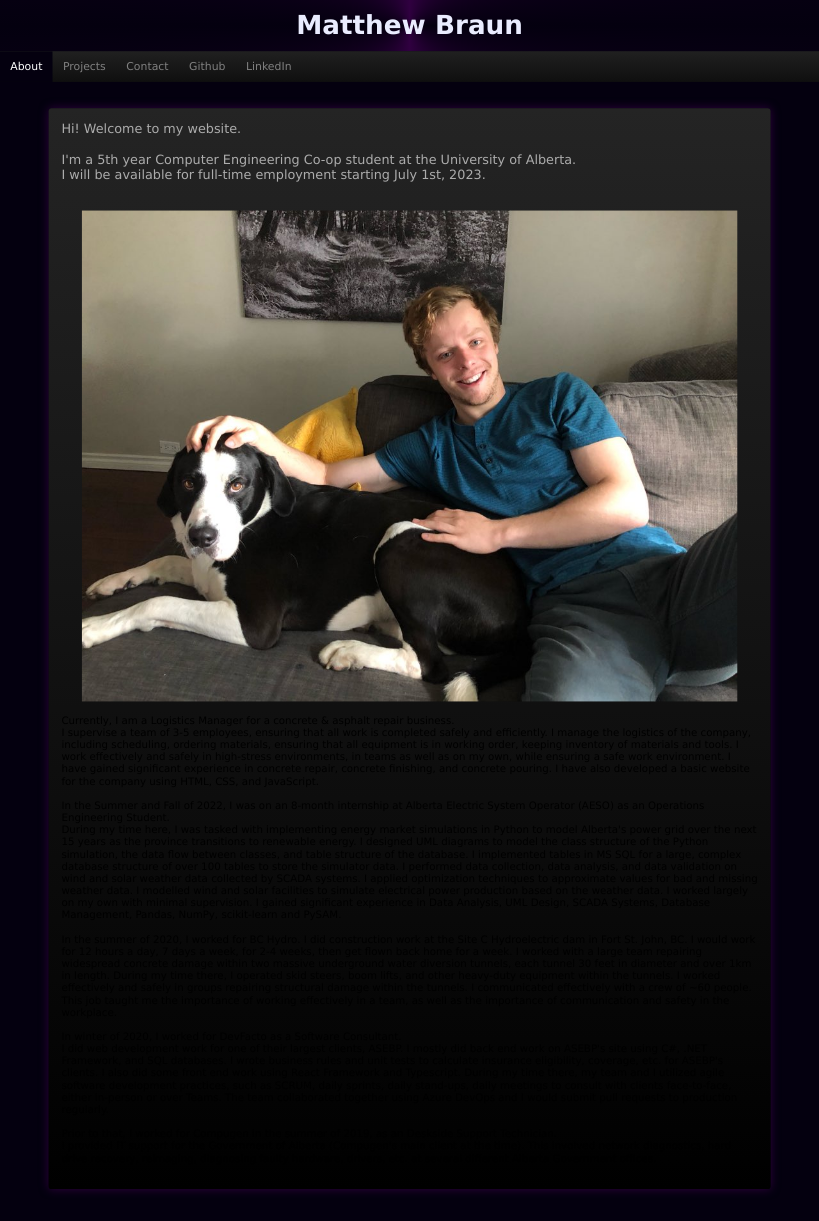
Repository: mjbraun95/MyPersonalWebsite
Page: http://localhost/
An editor plug-in stored every save of this project. The page is shown before and after the next save, followed by the edit.
The browser window is 1280 px wide. The pictures show the whole page, at 64% of full size.
The page is run by PHP 8.4 with error messages shown; the project is at /var/www/html/.

Above is the page before, as saved 2023-06-26 13:39:37.

### html/index.php
<?php $title = 'About'; ?>
<?php $currentPage = 'About'; ?>

<?php include('head.php'); ?>
<div class="nav-wrapper">
    <?php include('navbar.php'); ?>
</div>
<meta name="viewport" content="width=device-width, initial-scale=1.0">

<style>
    .responsive {
        max-width: 100%;
        height: auto;
        object-fit: scale-down;
        margin: auto;
    }
</style>

<div class="content">
    <p class="fullBox">
        Hi! Welcome to my website. <br><br>

        I'm a 5th year Computer Engineering Co-op student at the University of Alberta. <br>
        I will be available for full-time employment starting July 1st, 2023. <br><br>

    </p>
    <div class="fullBox">
        <img src="images/Doggo.png" class="responsive">
    </div>
        Currently, I am a Logistics Manager for a concrete & asphalt repair business. <br>
        I supervise a team of 3-5 employees, ensuring that all work is completed safely and efficiently. I manage the logistics of the company, including scheduling, ordering materials, ensuring that all equipment is in working order, keeping inventory of materials and tools. I work effectively and safely in high-stress environments, in teams as well as on my own, while ensuring a safe work environment. I have gained significant experience in concrete repair, concrete finishing, and concrete pouring. I have also developed a basic website for the company using HTML, CSS, and JavaScript. <br><br>

        In the Summer and Fall of 2022, I was on an 8-month internship at Alberta Electric System Operator (AESO) as an Operations Engineering Student. <br>
        During my time here, I was tasked with implementing energy market simulations in Python to model Alberta's power grid over the next 15 years as the province transitions to renewable energy. I designed UML diagrams to model the class structure of the Python simulation, the data flow between classes, and table structure of the database. I implemented tables in MS SQL for a large, complex database structure of over 100 tables to store the simulator data. I performed data collection, data analysis, and data validation on wind and solar weather data collected by SCADA systems. I applied optimization techniques to approximate values for bad and missing weather data. I modelled wind and solar facilities to simulate electrical power production based on the weather data. I worked largely on my own with minimal supervision. I gained significant experience in Data Analysis, UML Design, SCADA Systems, Database Management, Pandas, NumPy, scikit-learn and PySAM. <br><br>

        <!-- Last summer, I worked as a developer for a concrete & asphalt repair business. <br>
        I developed and hosted a website for the company as well as created SQL databases to manage their assets, clients, and contracts. I also wrote some Python programs to parse this data and found ways to save costs and increase the company's profits. <br><br> -->

        In the summer of 2020, I worked for BC Hydro. I did construction work at the Site C Hydroelectric dam in Fort St. John, BC. I would work for 12 hours a day, 7 days a week, for 2-4 weeks, then get flown back home for a week. I worked with a large team repairing widespread concrete damage within two massive underground water diversion tunnels, each tunnel 30 feet in diameter and over 1km in length. During my time there, I operated skid steers, boom lifts, and other heavy-duty equipment within the tunnels. I worked effectively and safely in groups repairing structural damage within the tunnels. I communicated effectively with a crew of ~60 people. This job taught me the importance of working effectively in a team, as well as the importance of communication and safety in the workplace. <br><br>

        In winter of 2020, I worked for DevFacto as a Software Consultant.<br>
        I did web development work for one of their largest clients, ASEBP. I mostly did back end work on ASEBP's site using C#, .NET Framework, and SQL databases. I wrote business rules and unit tests to calculate insurance eligibility, coverage, etc. for ASEBP's clients. I also did some front end work using React Framework and Typescript. During my time there, my team and I utilized agile software development practices, such as SCRUM, daily sprints, daily stand-ups, daily meetings to consult with clients face-to-face, either in-person or over Teams. The team collaborated together using Azure DevOps and I would submit pull requests to production regularly. <br><br>

        Prior to that, I worked for Compugen in the summer of 2019, as an Deskside Support Technician. <br>
        I provided IT support for the Government of Alberta (Compugen's main client at the time). This involved network diagnostics, hard drive recovery, reimaging, diagnosing faulty hardware, drivers, etc. at several different Alberta Government offices. <br><br>
    </p>

</div>
</body>
</html>

### html/head.php
<!DOCTYPE html>
<html>
    <meta name="viewport" content="width=device-width, initial-scaled=1.0">
    <meta name="theme-color" content="#a01040">
    <head>
        <title><?php echo($title); ?></title>
        <link rel="stylesheet" href="index.css">
        <div class="header">
            <h1 class="header">Matthew Braun</h1>
        </div>
</header>

### html/navbar.php
<header>
    <div id="navbar">
        <a href="index.php" <?php if ($currentPage === 'About') {echo 'class="active"';} ?>>About</a></li>
        <a href="projects.php" <?php if ($currentPage === 'Projects') {echo 'class="active"';} ?>>Projects</a></li>
        <!-- <a href="pdfs/resume.pdf" target="_blank" <?php if ($currentPage === 'Resume') {echo 'class="active"';} ?>>Resume</a></li> -->
        <a href="contact.php" <?php if ($currentPage === 'Contact') {echo 'class="active"';} ?>>Contact</a></li>
        <a href="https://github.com/mjbraun95/" target="_blank" <?php if ($currentPage === 'Github') {echo 'class="active"';} ?>>Github</a></li>
        <a href="https://www.linkedin.com/in/matthewbraun4/" target="_blank" <?php if ($currentPage === 'LinkedIn') {echo 'class="active"';} ?>>LinkedIn</a></li>
    </div>
    <script src="navbar.js"></script>
</header>
<body>
    <!-- <div class="titlehead"><h2><?php echo($title); ?></h2></div> -->

### html/index.css
/* @media screen and (min-width: 1920px) {
    p {
        font-size: 20px;
    }
    a {
        font-size: 20px;
    }
} */
a {
    font-size: 20px;
}
/* navbar height 49px */
@media screen and (min-width: 574px) {
    div.nav-wrapper {
        height: 89px;
    }
}
@media screen and (min-width: 292px) and (max-width: 573px) {
    div.nav-wrapper {
        height: 138px;
    }
}
@media screen and (max-width: 291px) {
    div.nav-wrapper {
        height: 187px;
    }
}


body {
    margin: 0;
    font-family: Verdana,Geneva,sans-serif;
    vertical-align: center;
    background: rgb(4, 0, 15);
    padding-bottom: 50px;
}

.video-size
{
  width: 100%;
  height: 400px;
}

img {
    display: block;
    width: 60%;
    margin-left: auto;
    margin-right: auto;
}

.leftBox{
    margin-right: 20px;
    grid-column-start: 1;
    grid-column-end: 2;
    grid-row-start: 1;
    grid-row-end: 2;
}

.rightBox{
    grid-column-start: 2;
    grid-column-end: 3;
    grid-row-start: 1;
    grid-row-end: 2;
}

.vid{
    max-width: 100%;
    height: auto;
    object-fit: scale-down;
    /* object-fit: contain;
    margin: auto; */
}

.responsiveVid {
    max-width: 70%;
    height: auto;
    object-fit: scale-down;
}

.responsiveIcon {
    max-width: 1.5vw !important;
    height: auto !important;
    object-fit: scale-down;
    float: left;
    font-size: 36px;
    padding-right: 8px;
}

.header {
    color: rgb(234, 236, 255);
    text-align: center;
}

h1.header {
    margin:auto;
    font-size:41px;
}

h3.header{
    /*align-self:start;*/
    width:85%;
    height:auto;
    font-size: 35px;
    /* font-size: 2.5vw; */
    margin: auto;
    /* grid-row:auto; */
    align-content:center;
    text-align:center;
    padding-top: 80px;
    /* font-size: 50px; */
}

div.header{
    /* background:url(
        data:[embedded picture, 326 characters]
    ) repeat; */
    padding: 15px;
    height: 50px;
    background-image: conic-gradient(#300040,rgb(4, 0, 15),#300040,rgb(4, 0, 15),#300040);
 }


/* navbar links */
#navbar {
    overflow: hidden;
    background-image: linear-gradient(rgb(32, 32, 32),rgb(15, 15, 15));
}

#navbar a {
    float: left;
    display: block;
    color: grey;
    text-align: center;
    padding: 14px 16px;
    text-decoration: none;
    font-size: 17px;

    -o-transition: .5s;
    -ms-transition: .5s;
    -moz-transition: .5s;
    -webkit-transition: .5s;

    transition: .5s;
}

#navbar a:hover {
    background-color: rgb(4, 0, 15);
    color: white;
}

#navbar a.active {
    background-color: rgb(4, 0, 15);
    color: white;
}

/* page content */
div.content {
    padding: 20px;
    width: 85%;
    /* background-color: rgb(44, 44, 44); */
    background-image: linear-gradient(rgb(36, 36, 36),rgb(0, 0, 0));
    align-content: center;
    margin: auto;
    border-radius: 5px;
    box-shadow: 0px 0px 15px #300040
}

div.content1 {
    max-width: 1000px;
    padding: 20px;
    /* font-size: 2vw; */
    width: 80%;
    background-image: linear-gradient(to left,rgb(36, 36, 36),rgb(0, 0, 0));
    border: 3px 3px 12px;
    align-content: center;
    margin: auto;
    border-radius: 5px;
    box-shadow: 2px 2px 10px #300040;
    display: grid;
    grid-template-columns: 60% 40%;
    grid-template-rows: 100%;
    height: auto;
}
div.content1a {
    max-width: 1000px;
    padding: 20px;
    /* font-size: 2vw; */
    width: 80%;
    background-image: linear-gradient(to left,rgb(36, 36, 36),rgb(0, 0, 0));
    border: 3px 3px 12px;
    align-content: center;
    margin: auto;
    border-radius: 5px;
    box-shadow: 2px 2px 10px #300040;
    display: grid;
    grid-template-columns: 75% 25%;
    grid-template-rows: 100%;
    height: auto;
}
div.content2 {
    max-width: 1000px;
    padding: 20px;
    /* font-size: 2vw; */
    width: 80%;
    background-image: linear-gradient(to right,rgb(36, 36, 36),rgb(0, 0, 0));
    border: 3px 3px 12px;
    align-content: center;
    margin: auto;
    border-radius: 5px;
    box-shadow: 2px 2px 10px #300040;
    display: grid;
    grid-template-columns: 40% 60%;
    grid-template-rows: 100%;
    height: auto;
}

/* @media screen and (min-width: 220px) {
    .content2 {
    font-size: 12px;
} */

.half {
    left: 0%;
}

.sticky {
    position: fixed;
    top: 0;
    width: 100%;
}

.sticky + .content + body {
    padding-top: 60px;
}

.titlehead {
    padding: 16px;
    margin: auto;
    width: 90%;
    max-width: 1000px;
}


p {
    color:  rgb(172, 172, 172);
    /* padding: 10px; */
    font-size: 20px;
    width: 95%;
    align-content: center;
    margin: auto;
}


.rotate {
    -ms-transform: rotate(90deg); /* IE 9 */
    -webkit-transform: rotate(90deg); /* Chrome, Safari, Opera */
    transform: rotate(90deg);
    margin-top: 88px;
}

/* Three image containers (use 25% for four, and 50% for two, etc) */
.column {
    float: left;
    width: 50%;
    padding: 5px;
}

  /* Clear floats after image containers */
.row::after {
    content: "";
    clear: both;
    display: table;
}

/* Split the screen in half */
.split {
    height: 100%;
    width: 100%;
    position: fixed;
    z-index: 1;
    top: 0;
    overflow-x: hidden;
    padding-top: 20px;
}

/* Control the left side */
.left {
    left: 0;
}

  /* Control the right side */
.right {
    right: 0;
}

  /* If you want the content centered horizontally and vertically */
.centered {
    position: relative;
    top: 50%;
    left: 50%;
    transform: translate(-50%, -50%);
    text-align: center;
}

.fullBox{
    padding-bottom: 20px;
    width:100%;
    height:auto;
    margin: 0 auto;
    /* grid-row:auto; */
    align-content:center;
    /* float:left; */
}

.responsive {
    max-width: 100%;
    height: auto;
    object-fit: scale-down;
    margin: auto;
    max-height: 100%;
    width: auto;
}

### html/navbar.js
// ### Sticky code ###

// Execute myFunction whenever page is scrolled
window.onscroll = function() {myFunction()};

// get nav
var navbar = document.getElementById("navbar");

// get offset position
var sticky = navbar.offsetTop;

// add sticky class whenever you reach the bar scroll position

function myFunction() {
    if (window.pageYOffset >= sticky) {
        navbar.classList.add("sticky");
    } else {
        navbar.classList.remove("sticky");
    }

}

After the next save:
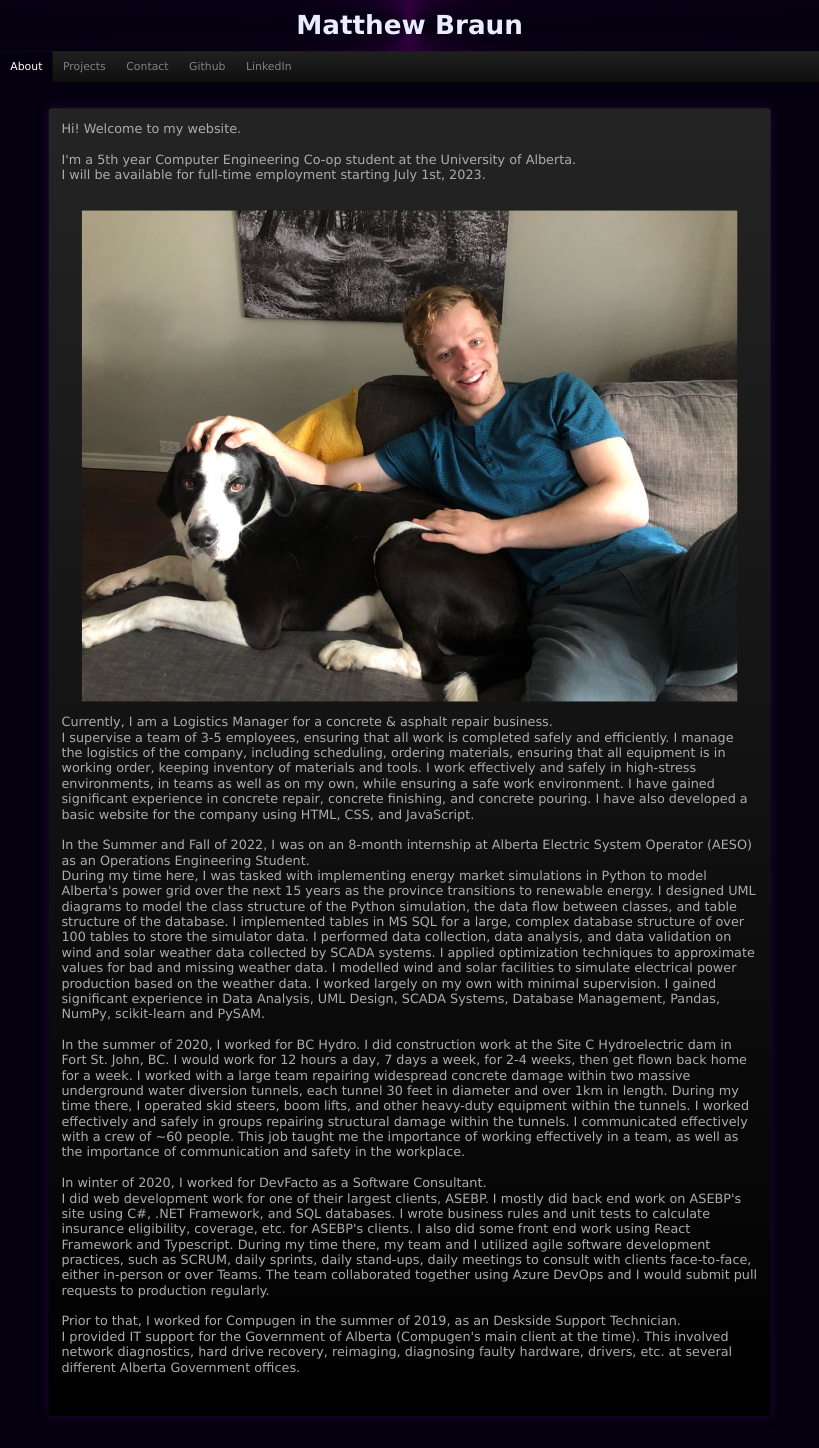
Saved 5 s later.
--- a/html/index.php
+++ b/html/index.php
@@ -27,6 +27,7 @@
     <div class="fullBox">
         <img src="images/Doggo.png" class="responsive">
     </div>
+    <p class="fullBox">
         Currently, I am a Logistics Manager for a concrete & asphalt repair business. <br>
         I supervise a team of 3-5 employees, ensuring that all work is completed safely and efficiently. I manage the logistics of the company, including scheduling, ordering materials, ensuring that all equipment is in working order, keeping inventory of materials and tools. I work effectively and safely in high-stress environments, in teams as well as on my own, while ensuring a safe work environment. I have gained significant experience in concrete repair, concrete finishing, and concrete pouring. I have also developed a basic website for the company using HTML, CSS, and JavaScript. <br><br>
 
